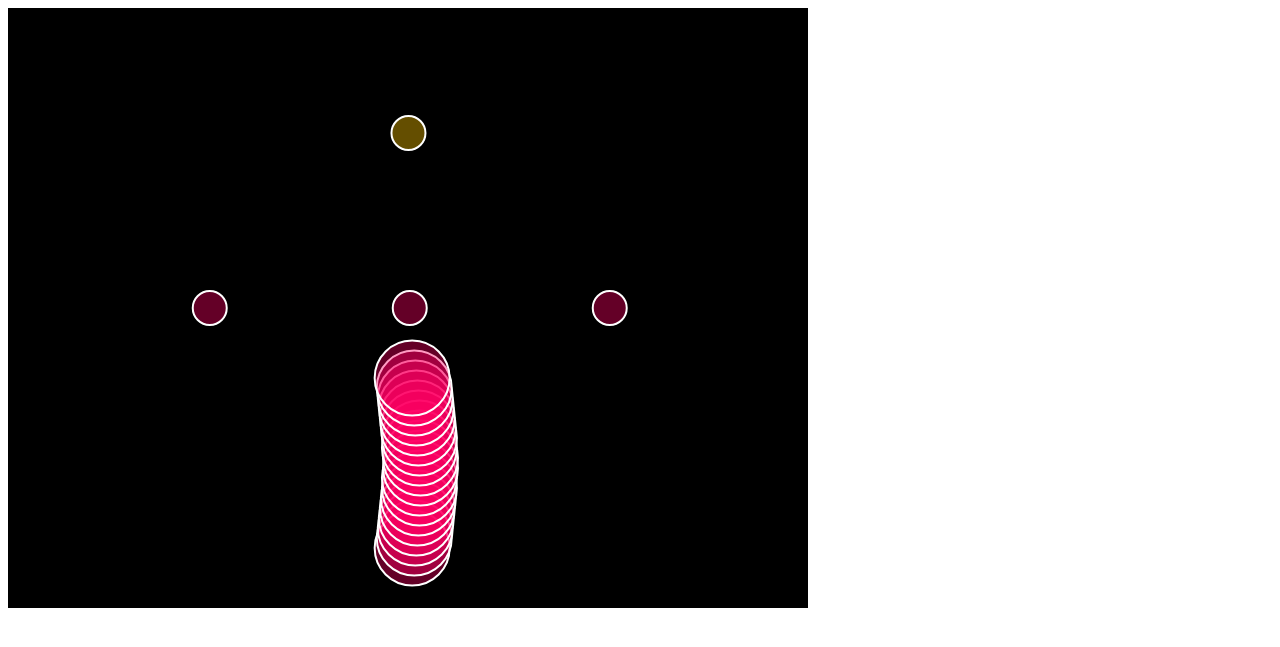
Repository: m0llyc00k/dvia
Page: 01_time/clockindex.html
The author's editor kept a record of every edit. The page is drawn from the files as they stood at one moment, then again after the next edit.
The browser window is 1280 px wide. The pictures show the whole page.

Above is the page before.

After the next edit:
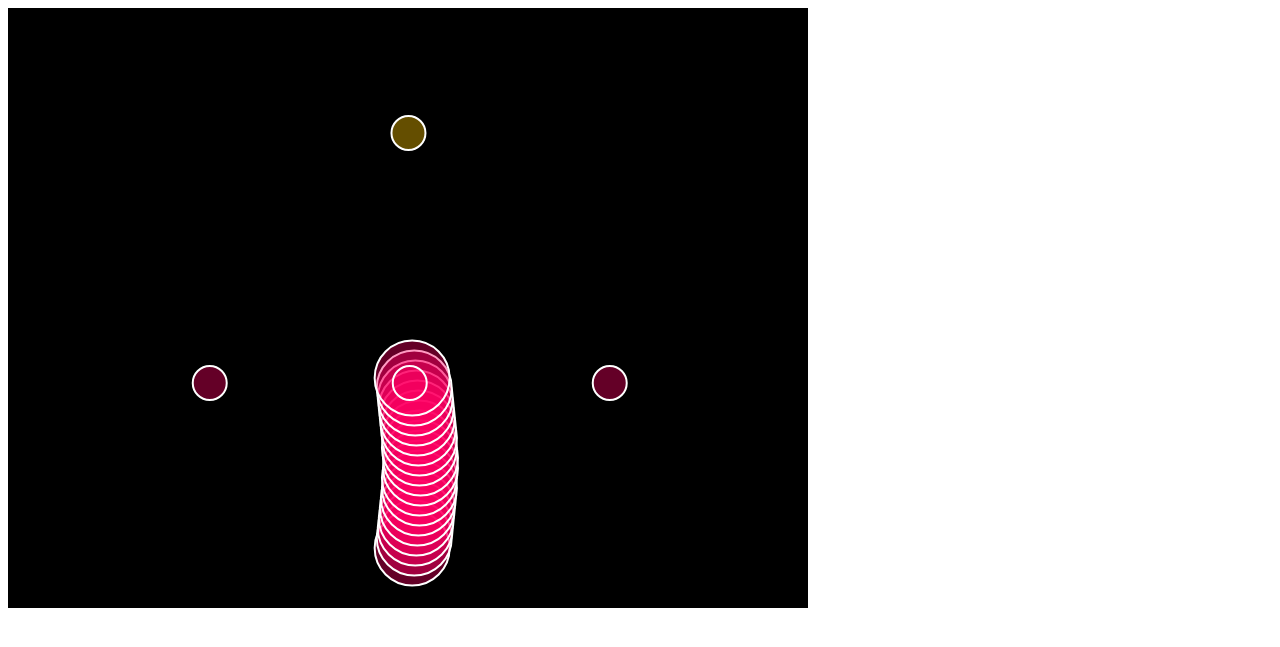
The edit:
--- a/01_time/clock.js
+++ b/01_time/clock.js
@@ -82,9 +82,9 @@ function draw() {
 
 
   function minuteEllipse () {
-  ellipse(400 + sin(xpos) * minute(), 300, second(), second());
-  ellipse(200 + sin(xpos) * minute(), 300, second(), second());
-  ellipse(600 + sin(xpos) * minute(), 300, second(), second());
+  ellipse(400 + sin(xpos) * minute(), 375, second(), second());
+  ellipse(200 + sin(xpos) * minute(), 375, second(), second());
+  ellipse(600 + sin(xpos) * minute(), 375, second(), second());
   fill(255, 200, 0, 100);
   xpos += 0.03;
   }
